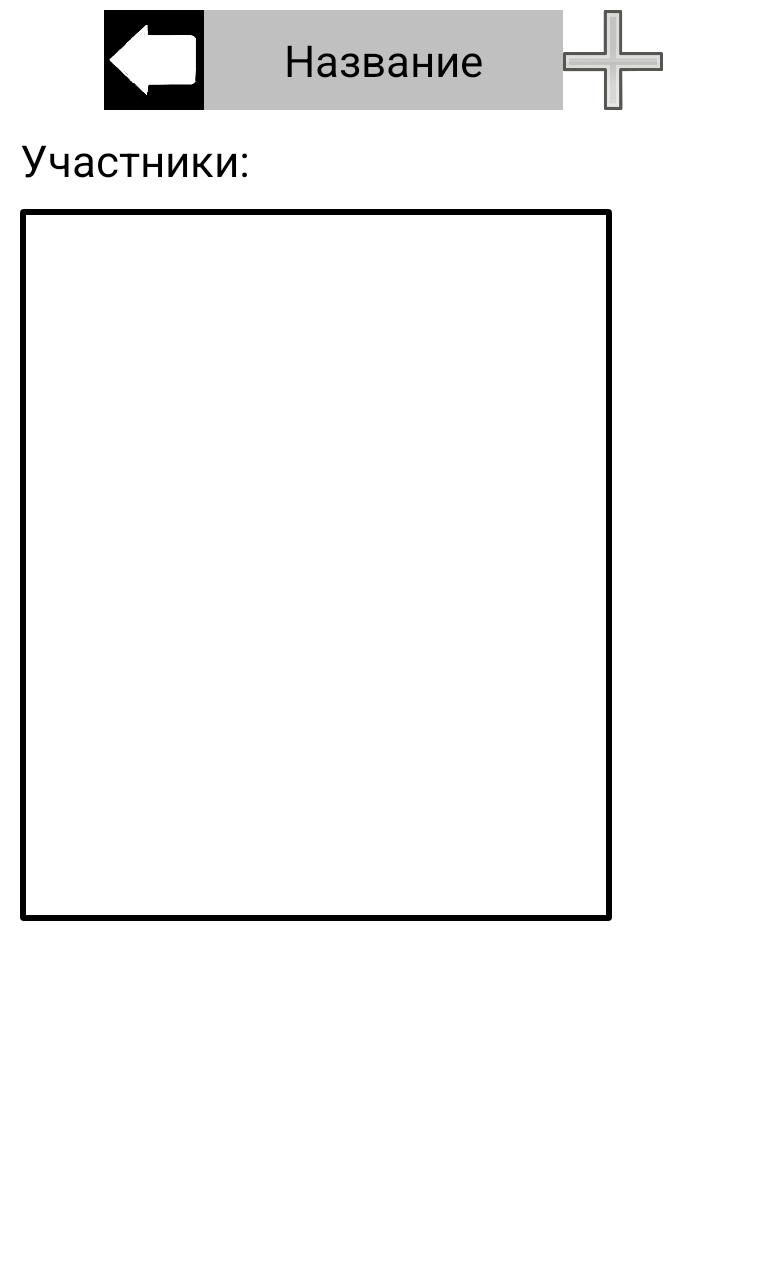
Repository: webguild/RedmineMobile
Layout: Android/RedmineAndroid/res/layout/project_settings_worker.xml
An editor plug-in stored every save of this project. The layout is shown before and after the next save, followed by the edit.
It is drawn on a 768 x 1280 px phone screen (xhdpi) without system bars, with theme AppTheme; the app's code is not run. Lists and similar views that code fills are empty.

Above is the layout before, as saved 2013-01-21 15:19:45.

After the next save:
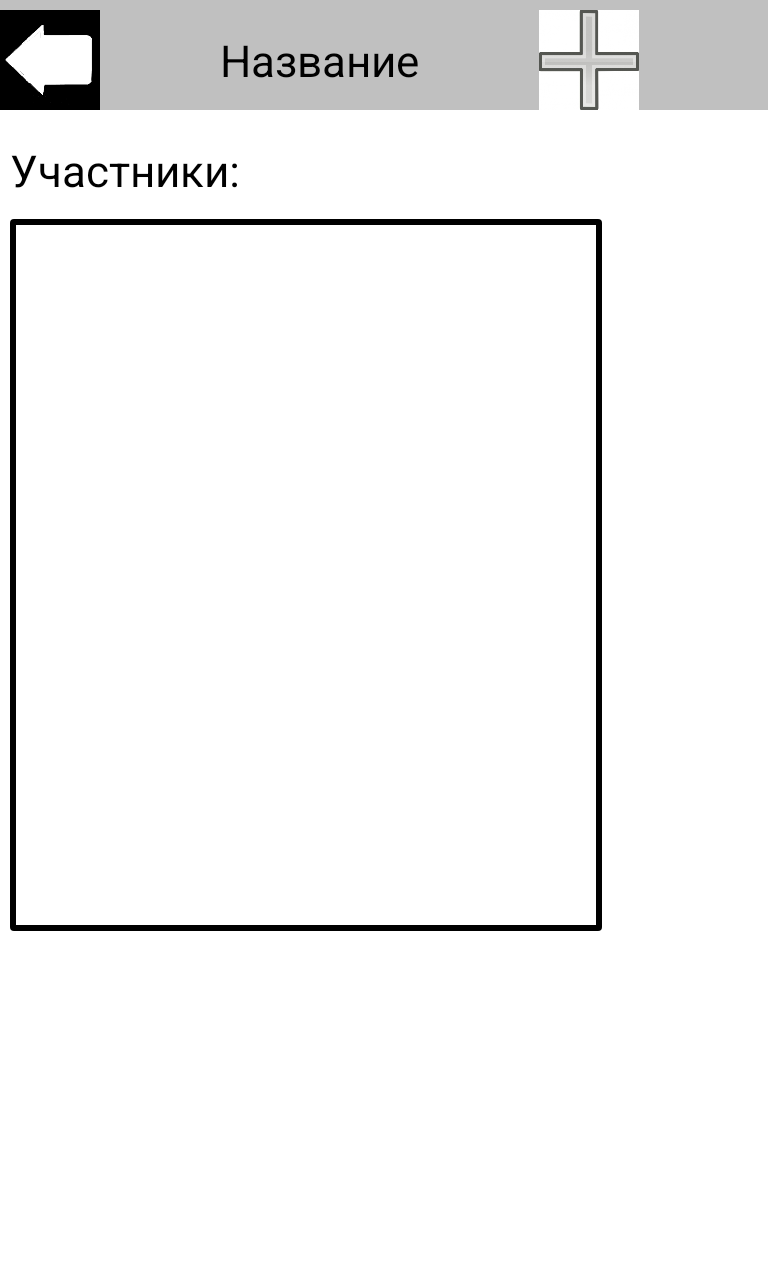
Saved 12 min 38 s later.
--- a/Android/RedmineAndroid/res/layout/project_settings_worker.xml
+++ b/Android/RedmineAndroid/res/layout/project_settings_worker.xml
@@ -3,17 +3,14 @@
     android:layout_width="match_parent"
     android:layout_height="match_parent"
     android:background="#FFF"
-    android:orientation="vertical"
-    android:paddingBottom="5dp"
-    android:paddingLeft="10dp"
-    android:paddingRight="10dp"
-    android:paddingTop="5dp" >
+    android:orientation="vertical" >
 
     <LinearLayout
-        android:layout_width="wrap_content"
+        android:layout_width="match_parent"
         android:layout_height="wrap_content"
         android:layout_gravity="center_horizontal"
-        android:background="#C0C0C0" >
+        android:background="#C0C0C0"
+        android:paddingTop="5dp" >
 
         <Button
             android:id="@+id/button1"
@@ -26,7 +23,7 @@
             android:layout_width="wrap_content"
             android:layout_height="wrap_content"
             android:layout_gravity="center"
-            android:layout_marginLeft="40dp"
+            android:layout_marginLeft="60dp"
             android:text="Название"
             android:textAppearance="?android:attr/textAppearanceLarge" />
 
@@ -35,43 +32,51 @@
             android:layout_width="50dp"
             android:layout_height="50dp"
             android:layout_gravity="right"
-            android:layout_marginLeft="40dp"
+            android:layout_marginLeft="60dp"
             android:background="@drawable/greyplus" />
     </LinearLayout>
 
-    <TextView
-        android:id="@+id/textView2"
-        android:layout_width="wrap_content"
+    <LinearLayout
+        android:layout_width="match_parent"
         android:layout_height="wrap_content"
-        android:layout_marginTop="10dp"
-        android:text="Участники:"
-        android:textAppearance="?android:attr/textAppearanceLarge" />
+        android:orientation="vertical"
+        android:paddingBottom="5dp"
+        android:paddingLeft="5dp"
+        android:paddingRight="5dp"
+        android:paddingTop="5dp" >
 
-    <FrameLayout
-        android:layout_width="wrap_content"
-        android:layout_height="wrap_content"
-        android:layout_marginTop="10dp"
-        android:background="@drawable/customborder" >
+        <TextView
+            android:id="@+id/textView2"
+            android:layout_width="wrap_content"
+            android:layout_height="wrap_content"
+            android:layout_marginTop="10dp"
+            android:text="Участники:"
+            android:textAppearance="?android:attr/textAppearanceLarge" />
 
-        <ScrollView
-            android:layout_width="fill_parent"
-            android:layout_height="fill_parent"
-            android:background="#fff" >
+        <FrameLayout
+            android:layout_width="wrap_content"
+            android:layout_height="wrap_content"
+            android:layout_marginTop="10dp"
+            android:background="@drawable/customborder" >
 
-            <FrameLayout
-                android:layout_width="290dp"
-                android:layout_height="wrap_content"
-                 >
+            <ScrollView
+                android:layout_width="fill_parent"
+                android:layout_height="fill_parent"
+                android:background="#fff" >
 
-                <ListView
-                    android:id="@+id/listView1"
+                <FrameLayout
                     android:layout_width="290dp"
-                    android:layout_height="350dp"
-                    android:background="#fff" >
-                </ListView>
-            </FrameLayout>
-        </ScrollView>
+                    android:layout_height="wrap_content" >
 
-    </FrameLayout>
+                    <ListView
+                        android:id="@+id/listView1"
+                        android:layout_width="290dp"
+                        android:layout_height="350dp"
+                        android:background="#fff" >
+                    </ListView>
+                </FrameLayout>
+            </ScrollView>
+        </FrameLayout>
+    </LinearLayout>
 
 </LinearLayout>
